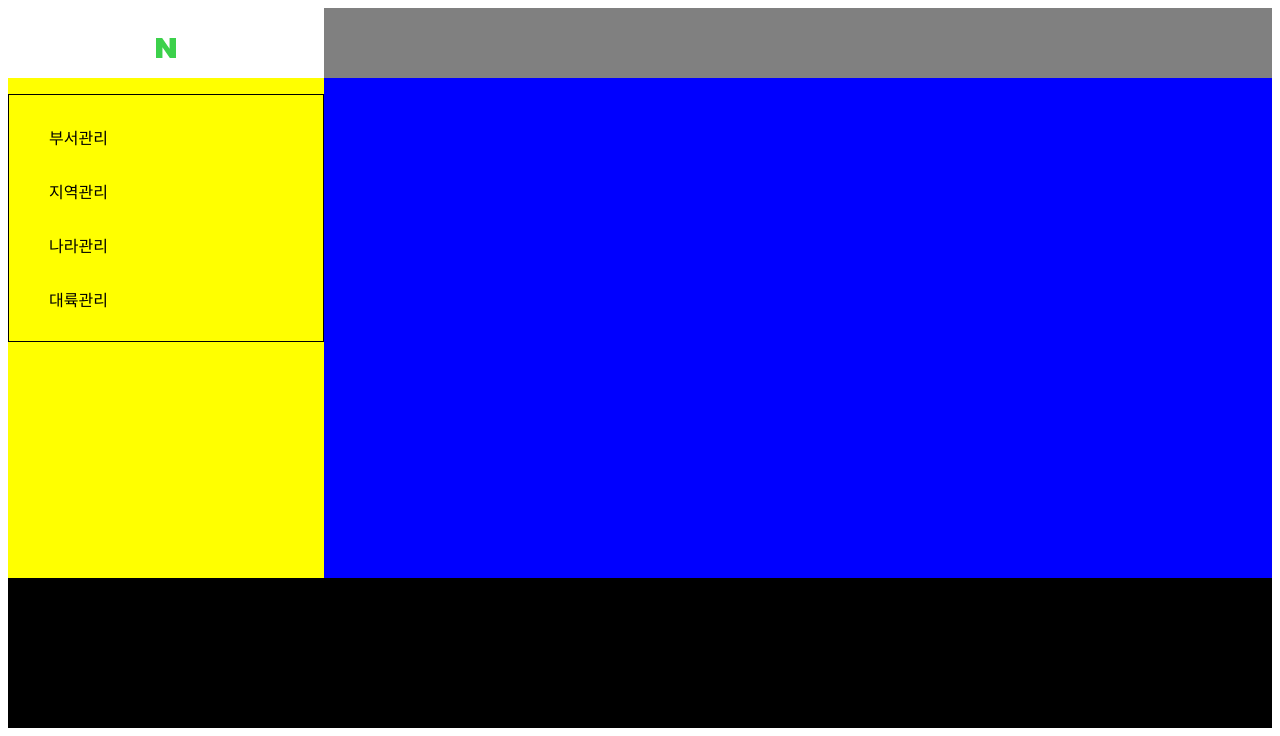
Repository: mireu930/Serverlet_App
Page: src/build/classes/webapp/template/layout.html
An editor plug-in stored every save of this project. The page is shown before and after the next save, followed by the edit.
The browser window is 1280 px wide. The pictures show the whole page.

Above is the page before, as saved 2025-02-07 11:55:03.

### src/build/classes/webapp/template/layout.html
<!DOCTYPE html>
<html lang="en">
<head>
  <meta charset="UTF-8">
  <meta name="viewport" content="width=device-width, initial-scale=1.0">
  <title>Document</title>
  <style>
    header {
  width: 100%;
  height: 70px;
  /* background-color: gray; */
}

.wrap_left{
  display: flex;
}

.left {
  width: 25%;
  height: 100%;

}

.right {
  width: 75%;
  height: 100%;
}

.logo {
  /* background-color:aqua; */
  box-sizing: border-box;
  /* padding: 20px 60px; */
}

.logo img {
  display: block;
  margin: 30px auto;
}

.menu {
  background-color:gray;

}

.content {
  width: 100%;
  height: 500px;
  /* background-color: red; */
}

.content_left {
  background-color:yellow;
  padding: auto;
}

.content_left ul {
  list-style: none;
  border: 1px black solid;
  /* margin: auto 0; */
  /* text-align: center; */
}

.content_left ul li {
  margin: 30px 0;
}

.content_right {
  background-color:blue
}

footer {
  width: 100%;
  height: 150px;
  background-color: black;
}
  </style>
</head>
<body>
  <header class = "wrap_left">
    <div class = "left logo" >
      <img src = "/naver_sports/images/네이버.svg">
    </div>
    <div class = "right menu">

    </div>
  </header>
  <section class = "wrap_left content">
    <div class = "left content_left">
      <ul>
        <li>부서관리</li>
        <li>지역관리</li>
        <li>나라관리</li>
        <li>대륙관리</li>
      </ul>
    </div>
    <div class = " right content_right">

    </div>
  </section>
  <footer class = "wrap_left">
    <div class = "left footer_left">

    </div>
    <div class = "right footer_right">

    </div>
  </footer>

</body>
</html>

After the next save:
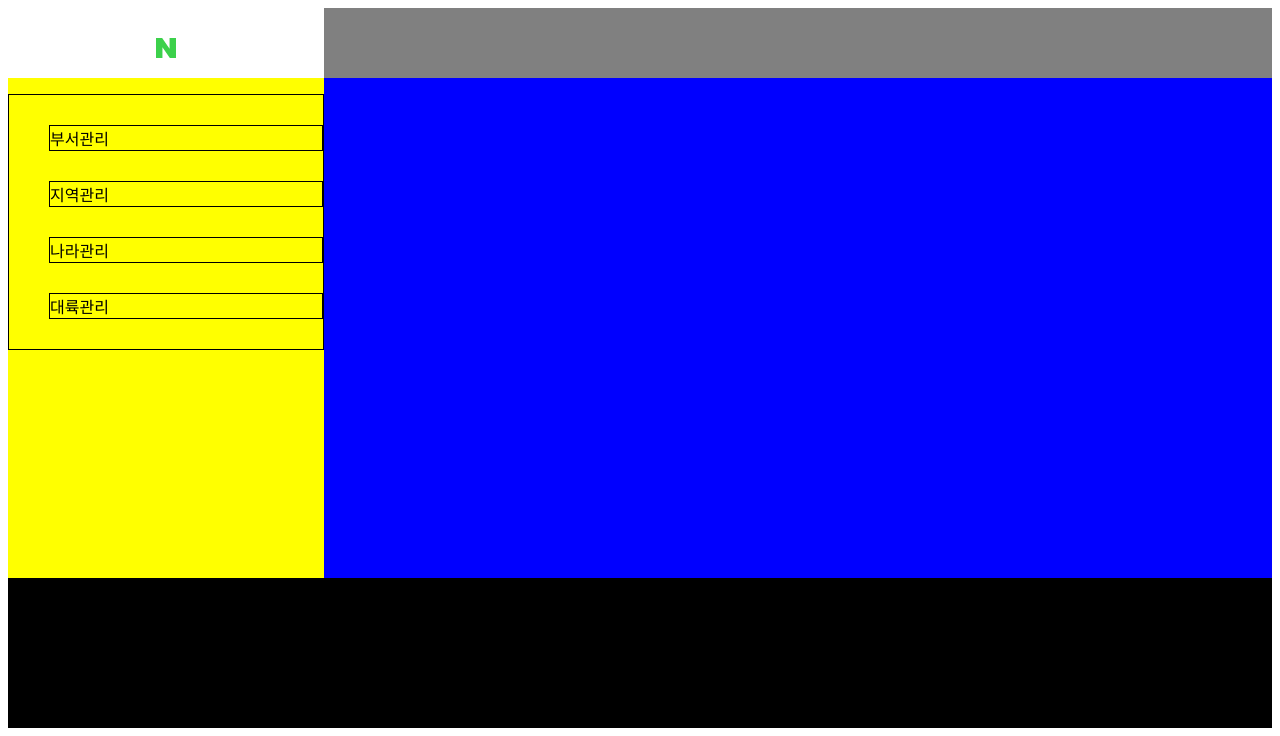
Saved 34 s later.
--- a/src/build/classes/webapp/template/layout.html
+++ b/src/build/classes/webapp/template/layout.html
@@ -62,6 +62,7 @@
 
 .content_left ul li {
   margin: 30px 0;
+  border: 1px black solid;
 }
 
 .content_right {
